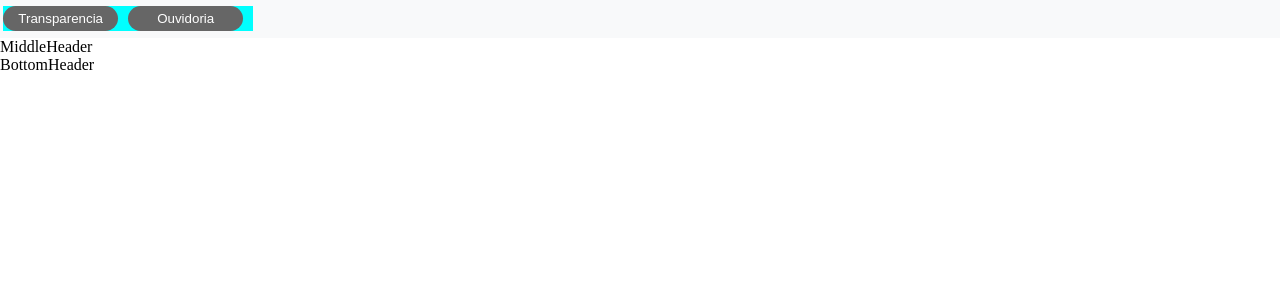
Repository: YuriSarmanho/prodepaSite
Page: / (app in prodepa-site/)
The author's editor kept a copy of each file at every save. The page is drawn from the files as they stood at one save, then again after the next save.
The browser window is 1280 px wide. The pictures show the whole page.
The project was rebuilt for these pictures with package versions that can differ from the ones it lists, and the page was loaded fresh each time. Also part of the build but not shown: prodepa-site/src/App.css.

Above is the page before, as saved 2022-12-19 14:41:12.

After the next save:
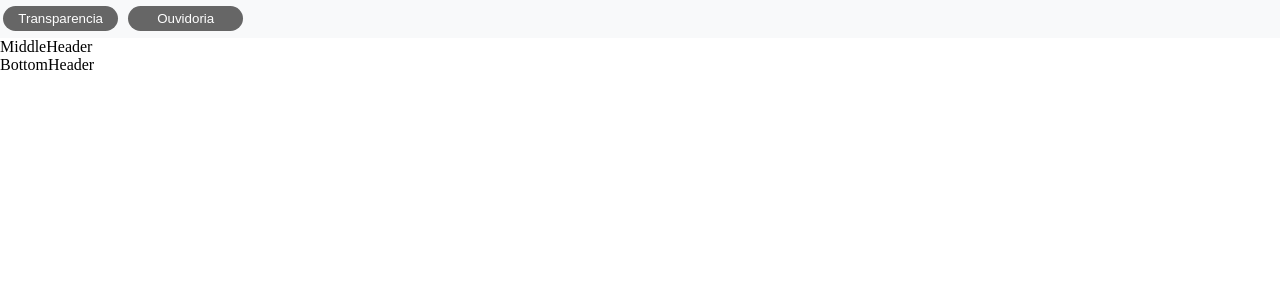
Saved 28 min 0 s later.
--- a/prodepa-site/src/sections/Header/TopHeader/index.css
+++ b/prodepa-site/src/sections/Header/TopHeader/index.css
@@ -4,14 +4,3 @@
     display: flex;
     position: relative;
 }
-
-.leftArea {
-    background-color: aqua;
-}
-.MiddleArea {
-    background-color: rgb(255, 0, 0);
-}
-.rigthArea {
-
-    background-color: rgb(255, 0, 195);
-}
